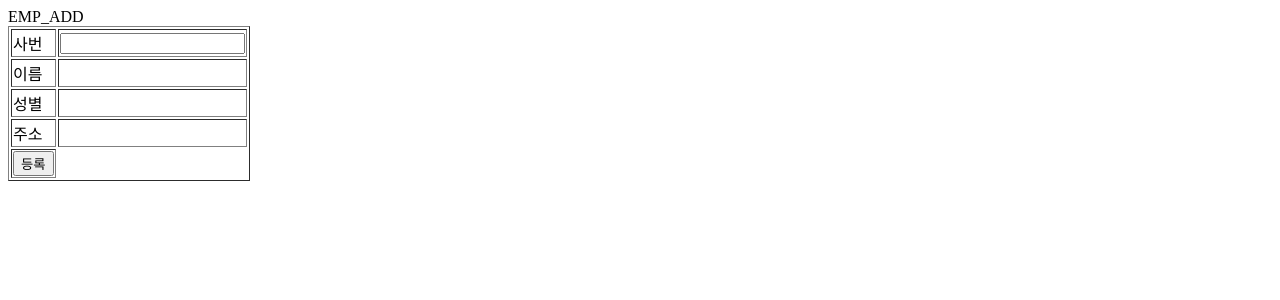
Repository: YOUNARAE/Python
Page: HELLO_PYTHON/day10/templates/emp_add.html
The author's editor kept a copy of each file at every save. The page is drawn from the files as they stood at one save, then again after the next save.
The browser window is 1280 px wide. The pictures show the whole page.

Above is the page before, as saved 2022-12-07 02:14:11.

After the next save:
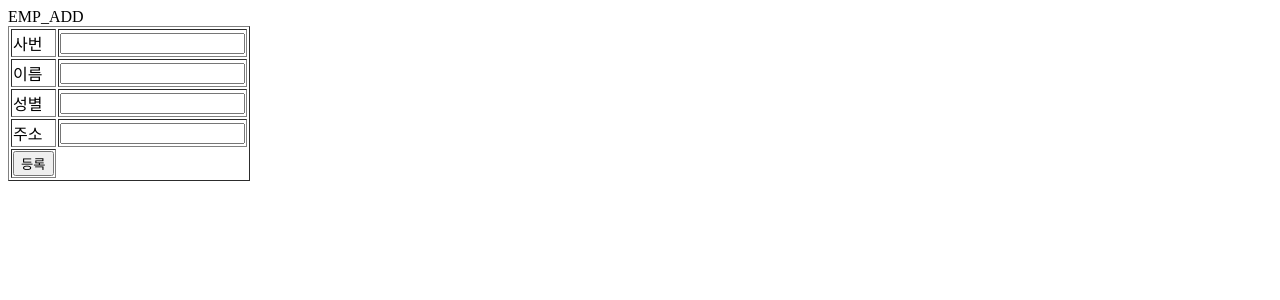
Saved 15 s later.
--- a/HELLO_PYTHON/day10/templates/emp_add.html
+++ b/HELLO_PYTHON/day10/templates/emp_add.html
@@ -14,15 +14,15 @@ EMP_ADD
 			</tr>
 			<tr>
 				<td>이름</td>
-				<td></td>
+				<td><input type="text" name="e_name" value=""></td>
 			</tr>
 			<tr>
 				<td>성별</td>
-				<td></td>
+				<td><input type="text" name="sex" value=""></td>
 			</tr>
 			<tr>
 				<td>주소</td>
-				<td></td>
+				<td><input type="text" name="addr" value=""></td>
 			</tr>
 			<tr>
 				<td><input type="button" value="등록" onclick=""></td>
